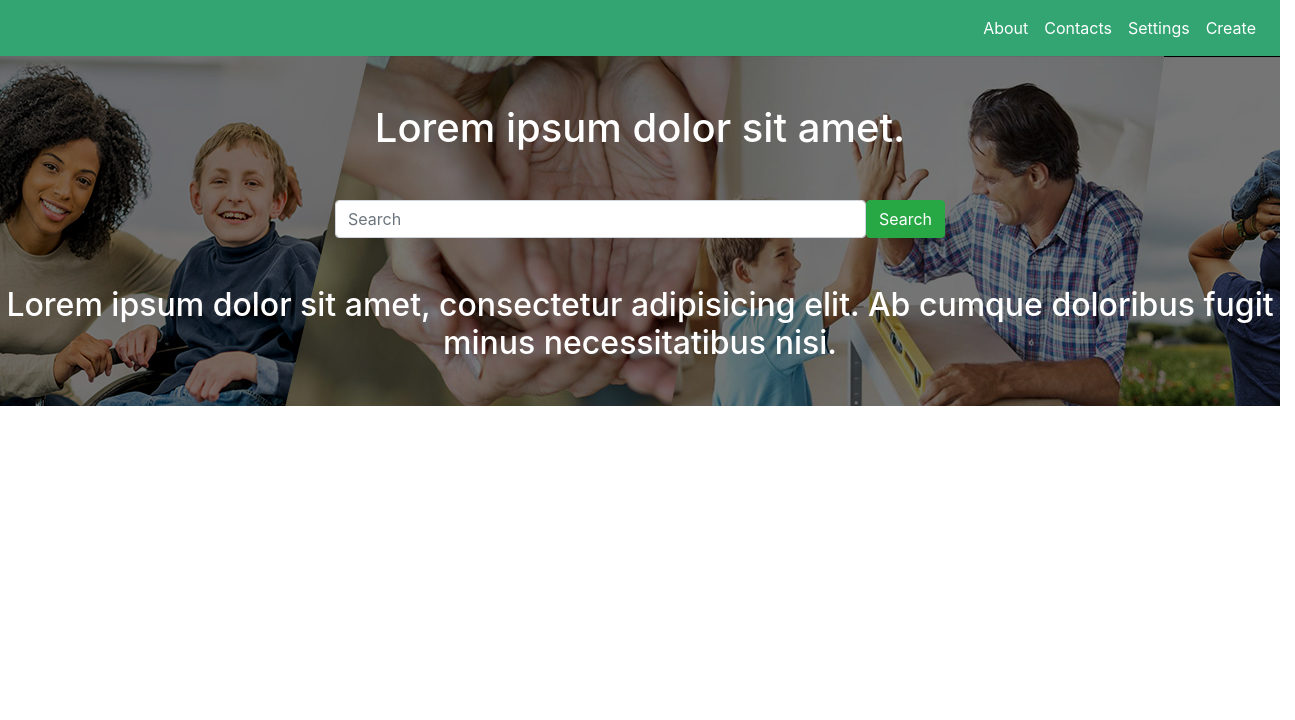
Repository: abduvali-aminov/fond
Page: http://localhost/main
The author's editor kept a copy of each file at every save. The page is drawn from the files as they stood at one save, then again after a run of saves.
The browser window is 1280 px wide. The page is 1280 px wide, then 1295 px, so the pictures cover 1295 px, including what lies to the right of the window. The pictures show the whole page.
The page is served by the project's Laravel application, run on PHP 8.4 with Laravel 8.

Above is the page before, as saved 2021-01-18 13:27:54.

After the next 2 saves:
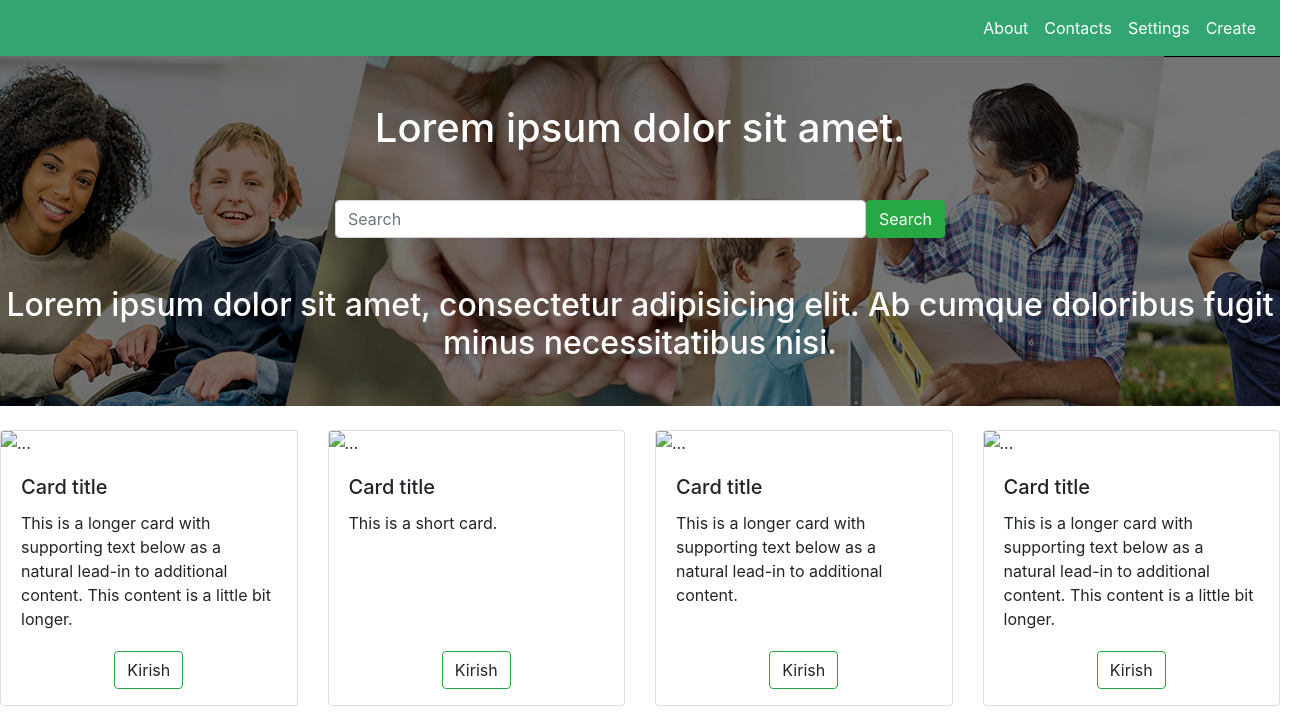
The 2 saves are shown as one change because they came seconds apart.
The last was saved 107 s later.
--- a/resources/views/main/index.blade.php
+++ b/resources/views/main/index.blade.php
@@ -14,4 +14,58 @@
         </center>
     </div>
 
+    <div class="row row-cols-1 mt-4 row-cols-md-4 g-4">
+        <div class="col">
+            <div class="card h-100">
+                <img src="logo/photo.jpg" class="card-img-top" alt="...">
+                <div class="card-body">
+                    <h5 class="card-title">Card title</h5>
+                    <p class="card-text">This is a longer card with supporting text below as a natural lead-in to
+                        additional content. This content is a little bit longer.</p>
+                </div>
+                <div class="text-center mb-3">
+                    <a class="btn btn-outline-success"> Kirish </a>
+                </div>
+            </div>
+        </div>
+        <div class="col">
+            <div class="card h-100">
+                <img src="logo/photo.jpg" class="card-img-top" alt="...">
+                <div class="card-body">
+                    <h5 class="card-title">Card title</h5>
+                    <p class="card-text">This is a short card.</p>
+                </div>
+                <div class="text-center mb-3">
+                    <a class="btn btn-outline-success"> Kirish </a>
+                </div>
+            </div>
+        </div>
+        <div class="col">
+            <div class="card h-100">
+                <img src="logo/photo.jpg" class="card-img-top" alt="...">
+                <div class="card-body">
+                    <h5 class="card-title">Card title</h5>
+                    <p class="card-text">This is a longer card with supporting text below as a natural lead-in to
+                        additional content.</p>
+                </div>
+                <div class="text-center mb-3">
+                    <a class="btn btn-outline-success"> Kirish </a>
+                </div>
+            </div>
+        </div>
+        <div class="col">
+            <div class="card h-100">
+                <img src="logo/photo.jpg" class="card-img-top" alt="...">
+                <div class="card-body">
+                    <h5 class="card-title">Card title</h5>
+                    <p class="card-text">This is a longer card with supporting text below as a natural lead-in to
+                        additional content. This content is a little bit longer.</p>
+                </div>
+                <div class="text-center mb-3">
+                    <a class="btn btn-outline-success"> Kirish </a>
+                </div>
+            </div>
+        </div>
+    </div>
+
 @endsection
